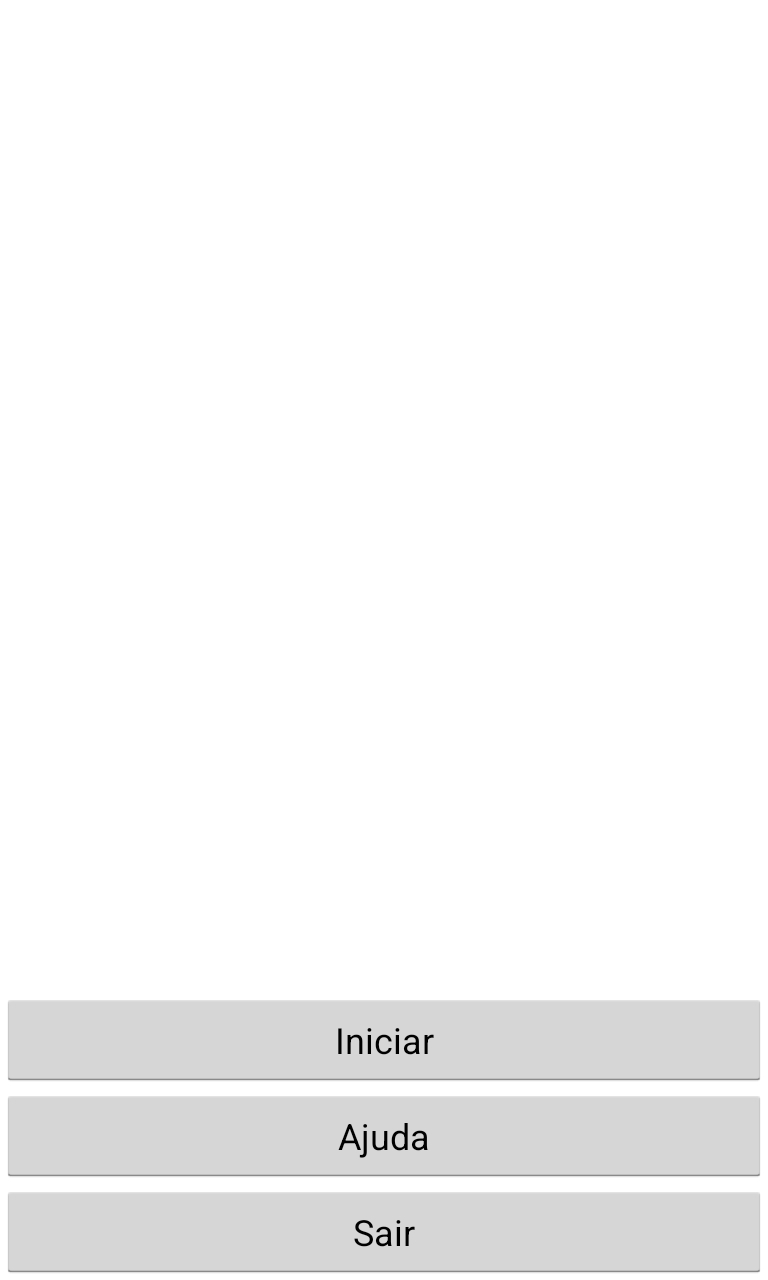
Repository: GustavoLucon/Archives
Layout: 4 park/TCC - old/4Park/res/layout/tela_inicial.xml
These files come from the project's save history. The layout is drawn as it stood at one moment and after the next save; the edit follows.
It is drawn on a 768 x 1280 px phone screen (xhdpi) without system bars, with theme AppTheme; the app's code is not run.

Above is the layout before, as saved 2012-10-10 16:16:44.

After the next save:
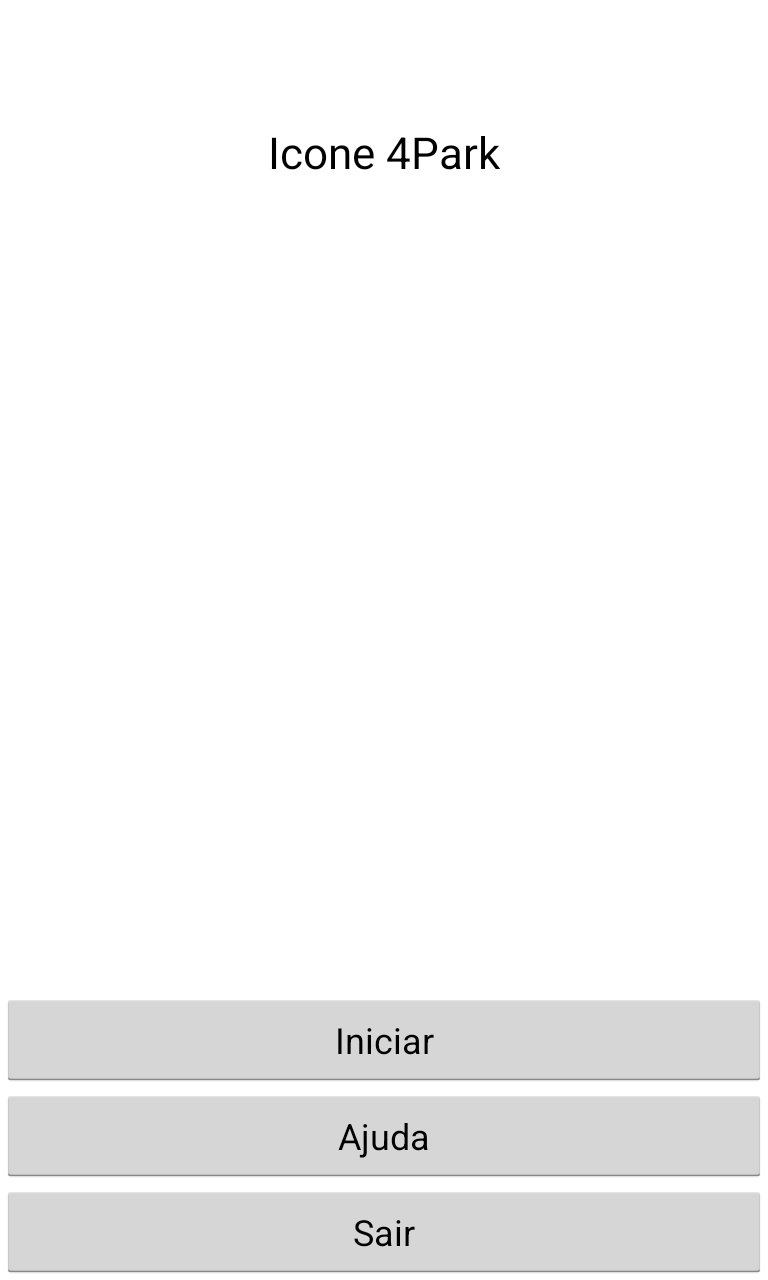
Saved 47 min 58 s later.
--- a/4 park/TCC - old/4Park/res/layout/tela_inicial.xml
+++ b/4 park/TCC - old/4Park/res/layout/tela_inicial.xml
@@ -18,6 +18,7 @@
         android:layout_height="wrap_content"
         android:layout_above="@+id/button3"
         android:layout_alignParentLeft="true"
+        android:onClick="selfAjuda"
         android:text="Ajuda" />
 
     <Button
@@ -28,6 +29,14 @@
         android:layout_alignParentLeft="true"
         android:text="Iniciar" />
 
-
+    <TextView
+        android:id="@+id/textView1"
+        android:layout_width="wrap_content"
+        android:layout_height="wrap_content"
+        android:layout_alignParentTop="true"
+        android:layout_centerHorizontal="true"
+        android:layout_marginTop="61dp"
+        android:text="Icone 4Park"
+        android:textAppearance="?android:attr/textAppearanceLarge" />
 
 </RelativeLayout>
